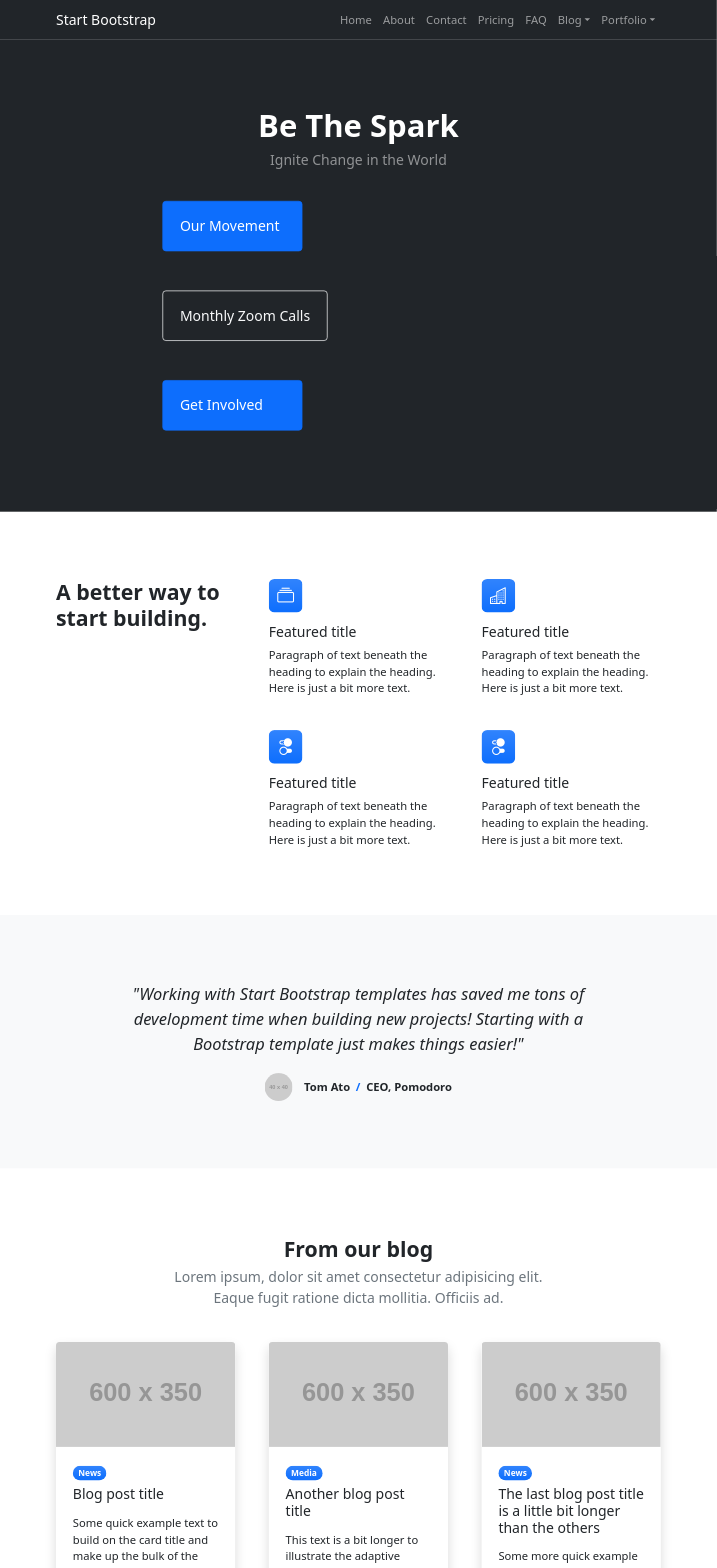
Repository: DragonFruit8/BeTheSpark
Page: index.html
An editor plug-in stored every save of this project. The page is shown before and after the next save, followed by the edit.
The browser window is 1024 px wide. The pictures show the part of the page from y = 0 to 2240 px (the page is 2981 px tall), at 70% of full size.

Above is the page before, as saved 2024-01-05 08:35:50.

After the next save:
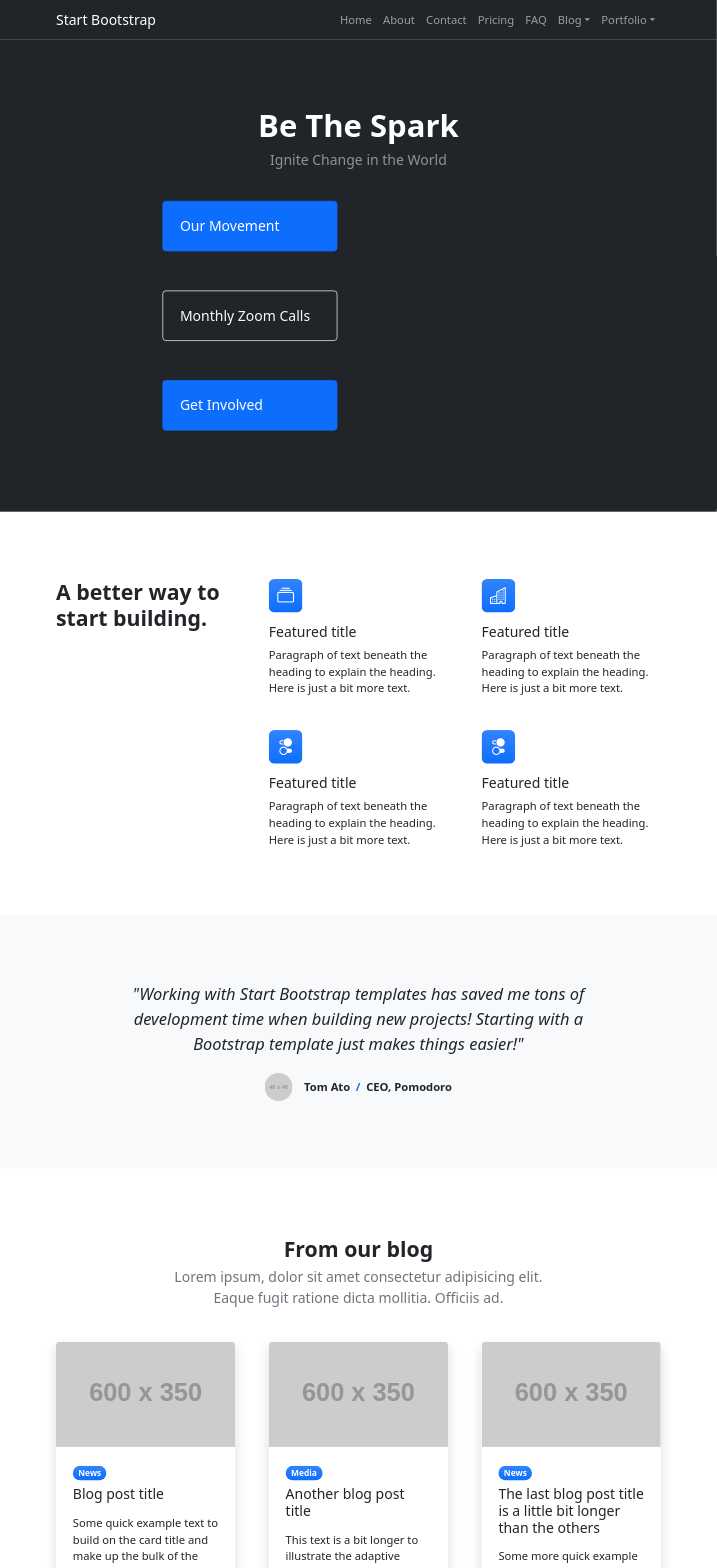
Saved 4 s later.
--- a/css/home.css
+++ b/css/home.css
@@ -26,7 +26,7 @@
         flex-direction: row;
         max-height: 100px !important;
         max-width: fit-content !important;
-        min-width: 200px !important;
+        min-width: 250px !important;
         border-radius: 5px;
     }
     #CTA {
